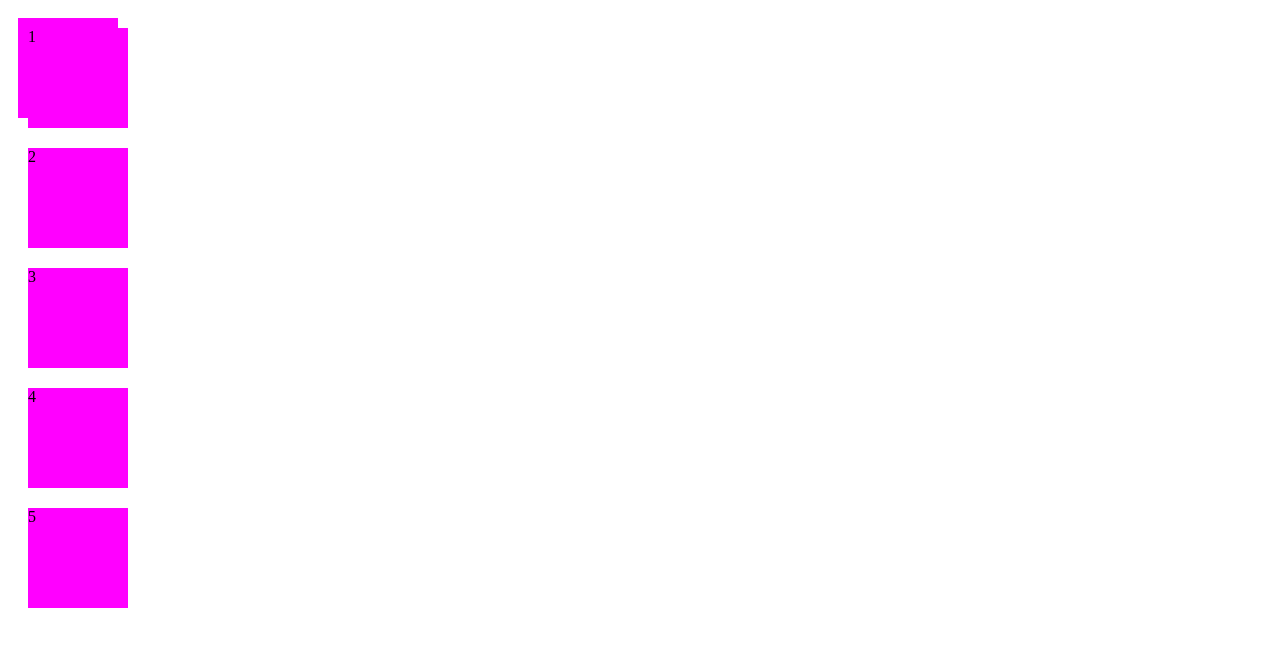
Repository: hminah0215/bitcamp
Page: http://localhost/day0218/exam03/ex02.jsp
These files come from the project's save history. The page is drawn as it stood at one moment and after the next save; the edit follows.
The browser window is 1280 px wide. The pictures show the whole page.
The page is served by Tomcat 9.

Above is the page before, as saved 2020-02-18 03:15:35.

After the next save:
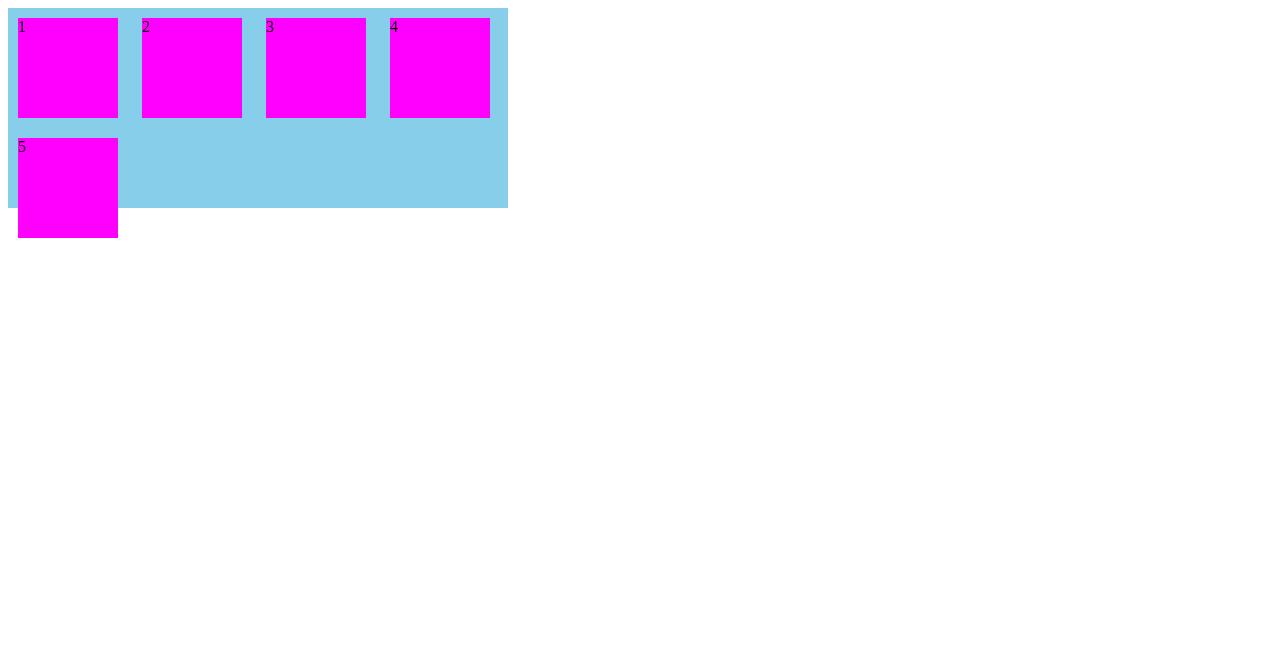
Saved 56 s later.
--- a/save_eclipse/day0218/WebContent/exam03/ex02.jsp
+++ b/save_eclipse/day0218/WebContent/exam03/ex02.jsp
@@ -6,8 +6,10 @@
 <meta charset="UTF-8">
 <title>Insert title here</title>
 <style type="text/css">
-	div{width: 100px; height: 100px; background: fuchsia; display: inline-block;
+	.inner{width: 100px; height: 100px; background: fuchsia; display: inline-block;
 		margin: 10px;}
+
+	#outer{width: 500px; height: 200px; background: skyblue; }
 </style>
 </head>
 <body>
